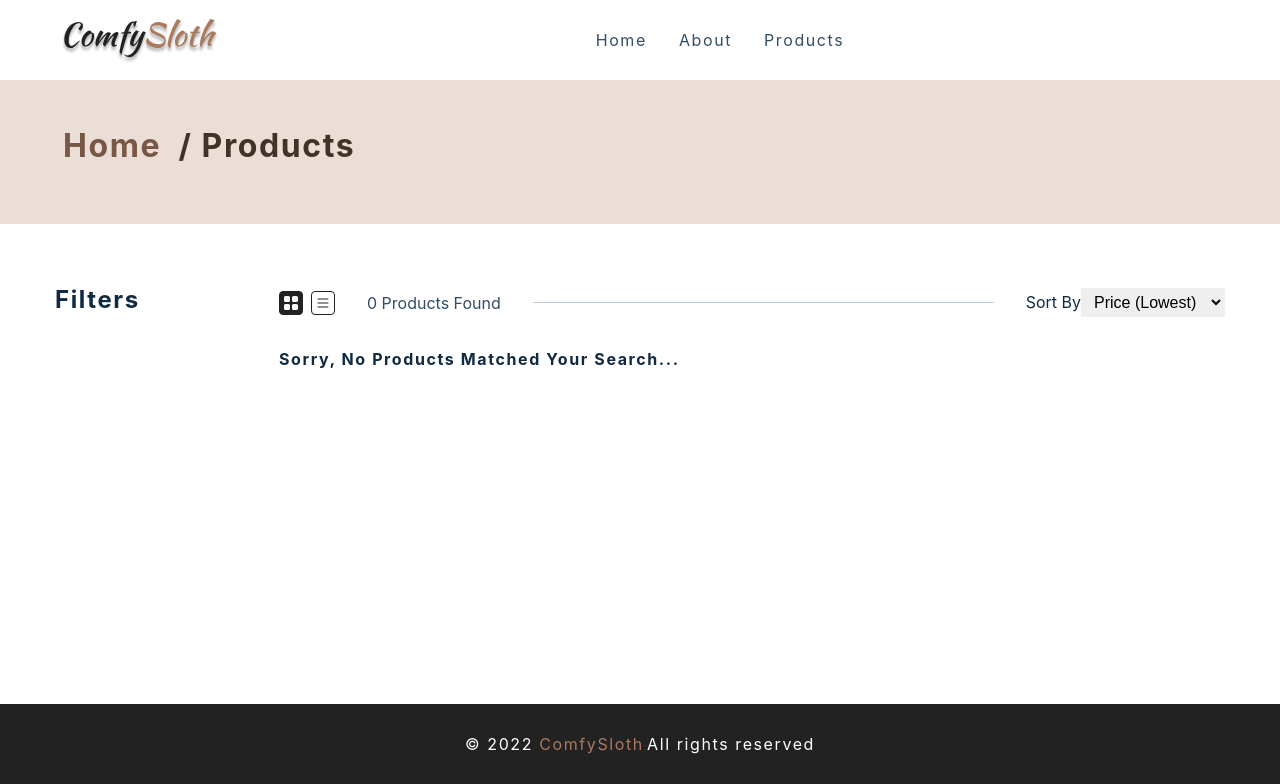
Repository: MateuszWorek/react-comfy-store
Page: /products
An editor plug-in stored every save of this project. The page is shown before and after the next save, followed by the edit.
The browser window is 1280 px wide. The pictures show the whole page.
The page's requests for data from a server got no answer. The project was rebuilt for these pictures with package versions that can differ from the ones it lists, and the page was loaded fresh each time. A package was used in the major version that the imports need, not the one package.json lists. No one was signed in, and anything a server would have sent is missing. Also part of the build but not shown: src/components/Error.js, src/components/Loading.js, src/components/Product.js, src/components/FeaturedProducts.js, src/reducers/cart_reducer.js, src/context/cart_context.js, src/context/user_context.js, src/components/Hero.js and 19 more. Imported but missing from the stored project, and not drawn on this page: src/components/AmountButtons.

Above is the page before, as saved 2022-07-17 13:51:45.

### src/index.js
import React from 'react';
import ReactDOM from 'react-dom';
import './index.css';
import App from './App';
import { ProductsProvider } from './context/products_context';
import { FilterProvider } from './context/filter_context';
import { CartProvider } from './context/cart_context';
import { UserProvider } from './context/user_context';
import { Auth0Provider } from '@auth0/auth0-react';

ReactDOM.render(
  <ProductsProvider>
    <FilterProvider>
      <App />
    </FilterProvider>
  </ProductsProvider>,
  document.getElementById('root')
);

### src/App.js
import React from 'react';
import { BrowserRouter as Router, Switch, Route } from 'react-router-dom';
import { Navbar, Sidebar, Footer } from './components';
import {
  Home,
  SingleProduct,
  Cart,
  Checkout,
  Error,
  About,
  Products,
  PrivateRoute,
} from './pages';

function App() {
  return (
    <Router>
      <Navbar />
      <Sidebar />
      <Switch>
        <Route exact path='/'>
          <Home />
        </Route>
        <Route exact path='/about'>
          <About />
        </Route>
        <Route exact path='cart'>
          <Cart />
        </Route>
        <Route exact path='/products'>
          <Products />
        </Route>
        <Route exact path='/products/:id' children={<SingleProduct />} />
        <Route exact path='/checkout'>
          <Checkout />
        </Route>
        <Route exact path='*'>
          <Error />
        </Route>
      </Switch>
      <Footer />
    </Router>
  );
}

export default App;

### src/context/products_context.js
import axios from 'axios';
import React, { useContext, useEffect, useReducer } from 'react';
import reducer from '../reducers/products_reducer';
import { products_url as url } from '../utils/constants';
import {
  SIDEBAR_OPEN,
  SIDEBAR_CLOSE,
  GET_PRODUCTS_BEGIN,
  GET_PRODUCTS_SUCCESS,
  GET_PRODUCTS_ERROR,
  GET_SINGLE_PRODUCT_BEGIN,
  GET_SINGLE_PRODUCT_SUCCESS,
  GET_SINGLE_PRODUCT_ERROR,
} from '../actions';

const initialState = {
  isSidebarOpen: false,
  products_loading: false,
  products_error: false,
  products: [],
  featured_products: [],
  single_product_loading: false,
  single_product_error: false,
  single_product: {},
};

const ProductsContext = React.createContext();

export const ProductsProvider = ({ children }) => {
  const [state, dispatch] = useReducer(reducer, initialState);
  const openSidebar = () => {
    dispatch({ type: SIDEBAR_OPEN });
  };
  const closeSidebar = () => {
    dispatch({ type: SIDEBAR_CLOSE });
  };

  const fetchProducts = async (url) => {
    dispatch({ type: GET_PRODUCTS_BEGIN });
    try {
      const response = await axios.get(url);
      const products = await response.data;
      dispatch({ type: GET_PRODUCTS_SUCCESS, payload: products });
    } catch (error) {
      dispatch({ type: GET_PRODUCTS_ERROR });
      console.log(error);
    }
  };

  const fetchSingleProduct = async (url) => {
    dispatch({ type: GET_SINGLE_PRODUCT_BEGIN });
    try {
      const response = await axios.get(url);
      const singleProduct = response.data;
      dispatch({ type: GET_SINGLE_PRODUCT_SUCCESS, payload: singleProduct });
    } catch (error) {
      dispatch({ type: GET_SINGLE_PRODUCT_ERROR });
    }
  };

  useEffect(() => {
    fetchProducts(url);
  }, []);

  return (
    <ProductsContext.Provider
      value={{ ...state, openSidebar, closeSidebar, fetchSingleProduct }}
    >
      {children}
    </ProductsContext.Provider>
  );
};

export const useProductsContext = () => {
  return useContext(ProductsContext);
};

### src/context/filter_context.js
import React, { useEffect, useContext, useReducer } from 'react';
import reducer from '../reducers/filter_reducer';
import {
  LOAD_PRODUCTS,
  SET_GRIDVIEW,
  SET_LISTVIEW,
  UPDATE_SORT,
  SORT_PRODUCTS,
  UPDATE_FILTERS,
  FILTER_PRODUCTS,
  CLEAR_FILTERS,
} from '../actions';
import { useProductsContext } from './products_context';

const initialState = {
  filtered_products: [],
  all_products: [],
  grid_view: true,
  sort: 'price-lowest',
  filters: {
    text: '',
    company: 'all',
    category: 'all',
    color: 'all',
    min_price: 0,
    max_price: 0,
    price: 0,
    shipping: false,
  },
};

const FilterContext = React.createContext();

export const FilterProvider = ({ children }) => {
  const { products } = useProductsContext();
  const [state, dispatch] = useReducer(reducer, initialState);

  useEffect(() => {
    dispatch({ type: LOAD_PRODUCTS, payload: products });
  }, [products]);

  useEffect(() => {
    dispatch({ type: SORT_PRODUCTS });
  }, [products, state.sort]);

  const setGridView = () => {
    dispatch({ type: SET_GRIDVIEW });
  };

  const setListView = () => {
    dispatch({ type: SET_LISTVIEW });
  };

  const updateSort = (e) => {
    const value = e.target.value;
    dispatch({ type: UPDATE_SORT, payload: value });
  };

  const updateFilters = (e) => {};

  const clearFilters = () => {};

  return (
    <FilterContext.Provider
      value={{
        ...state,
        setGridView,
        setListView,
        updateSort,
        updateFilters,
        clearFilters,
      }}
    >
      {children}
    </FilterContext.Provider>
  );
};
// make sure use
export const useFilterContext = () => {
  return useContext(FilterContext);
};

### src/components/index.js
import FeaturedProducts from './FeaturedProducts'
import Navbar from './Navbar'
import CartButtons from './CartButtons'
import Footer from './Footer'
import Sidebar from './Sidebar'
import Hero from './Hero'
import Services from './Services'
import Contact from './Contact'
import Loading from './Loading'
import Error from './Error'
import ProductImages from './ProductImages'
import AddToCart from './AddToCart'
import Filters from './Filters'
import ProductList from './ProductList'
import Sort from './Sort'
import Stars from './Stars'
import CartContent from './CarContent'
import PageHero from './PageHero'
import StripeCheckout from './StripeCheckout'
export {
  FeaturedProducts,
  Navbar,
  CartButtons,
  Footer,
  Sidebar,
  Hero,
  Services,
  Contact,
  Loading,
  Error,
  ProductImages,
  AddToCart,
  Filters,
  ProductList,
  Sort,
  Stars,
  CartContent,
  PageHero,
  StripeCheckout,
}

### src/pages/index.js
import Home from './HomePage';
import Products from './ProductsPage';
import SingleProduct from './SingleProductPage';
import About from './AboutPage';
import Cart from './CartPage';
import Error from './ErrorPage';
import Checkout from './CheckoutPage';
import PrivateRoute from './PrivateRoute';

export {
  Home,
  Products,
  SingleProduct,
  About,
  Cart,
  Error,
  Checkout,
  PrivateRoute,
};

### src/reducers/products_reducer.js
import {
  SIDEBAR_OPEN,
  SIDEBAR_CLOSE,
  GET_PRODUCTS_BEGIN,
  GET_PRODUCTS_SUCCESS,
  GET_PRODUCTS_ERROR,
  GET_SINGLE_PRODUCT_BEGIN,
  GET_SINGLE_PRODUCT_SUCCESS,
  GET_SINGLE_PRODUCT_ERROR,
} from '../actions';

const products_reducer = (state, action) => {
  /* SIDEBAR */
  if (action.type === SIDEBAR_OPEN) {
    // console.log(state);
    return { ...state, isSidebarOpen: true };
  }
  if (action.type === SIDEBAR_CLOSE) {
    // console.log(state);
    return { ...state, isSidebarOpen: false };
  }

  /* PRODUCTS */
  if (action.type === GET_PRODUCTS_BEGIN) {
    return { ...state, products_loading: true };
  }
  if (action.type === GET_PRODUCTS_SUCCESS) {
    const featured_products = action.payload.filter((product) => {
      return product.featured === true;
    });
    return {
      ...state,
      products_loading: false,
      products: action.payload,
      featured_products: featured_products,
    };
  }
  if (action.type === GET_PRODUCTS_ERROR) {
    return { ...state, products_loading: true, error: true };
  }

  /* SINGLE PRODUCT */
  if (action.type === GET_SINGLE_PRODUCT_BEGIN) {
    return {
      ...state,
      single_product_loading: true,
      single_product_error: false,
    };
  }
  if (action.type === GET_SINGLE_PRODUCT_SUCCESS) {
    return {
      ...state,
      single_product_loading: false,
      single_product: action.payload,
    };
  }
  if (action.type === GET_SINGLE_PRODUCT_ERROR) {
    return {
      ...state,
      single_product_loading: false,
      single_product_error: true,
    };
  }

  // return state;

  throw new Error(`No Matching "${action.type}" - action type`);
};

export default products_reducer;

### src/utils/constants.js
import React from 'react'
import { GiCompass, GiDiamondHard, GiStabbedNote } from 'react-icons/gi'
export const links = [
  {
    id: 1,
    text: 'home',
    url: '/',
  },
  {
    id: 2,
    text: 'about',
    url: '/about',
  },
  {
    id: 3,
    text: 'products',
    url: '/products',
  },
]

export const services = [
  {
    id: 1,
    icon: <GiCompass />,
    title: 'mission',
    text:
      'Lorem ipsum, dolor sit amet consectetur adipisicing elit. Voluptates, ea. Perferendis corrupti reiciendis nesciunt rerum velit autem unde numquam nisi',
  },
  {
    id: 2,
    icon: <GiDiamondHard />,
    title: 'vision',
    text:
      'Lorem ipsum, dolor sit amet consectetur adipisicing elit. Voluptates, ea. Perferendis corrupti reiciendis nesciunt rerum velit autem unde numquam nisi',
  },
  {
    id: 3,
    icon: <GiStabbedNote />,
    title: 'history',
    text:
      'Lorem ipsum, dolor sit amet consectetur adipisicing elit. Voluptates, ea. Perferendis corrupti reiciendis nesciunt rerum velit autem unde numquam nisi',
  },
]

export const products_url = 'https://course-api.com/react-store-products'

export const single_product_url = `https://course-api.com/react-store-single-product?id=`

### src/actions.js
export const SIDEBAR_OPEN = 'SIDEBAR_OPEN'
export const SIDEBAR_CLOSE = 'SIDEBAR_CLOSE'
export const GET_PRODUCTS_BEGIN = 'GET_PRODUCTS_BEGIN'
export const GET_PRODUCTS_SUCCESS = 'GET_PRODUCTS_SUCCESS'
export const GET_PRODUCTS_ERROR = 'GET_PRODUCTS_ERROR'
export const GET_SINGLE_PRODUCT_BEGIN = 'GET_SINGLE_PRODUCT_BEGIN'
export const GET_SINGLE_PRODUCT_SUCCESS = 'GET_SINGLE_PRODUCT_SUCCESS'
export const GET_SINGLE_PRODUCT_ERROR = 'GET_SINGLE_PRODUCT_ERROR'
export const LOAD_PRODUCTS = 'LOAD_PRODUCTS'
export const SET_GRIDVIEW = 'SET_GRIDVIEW'
export const SET_LISTVIEW = 'SET_LISTVIEW'
export const UPDATE_SORT = 'UPDATE_SORT'
export const SORT_PRODUCTS = 'SORT_PRODUCTS'
export const UPDATE_FILTERS = 'UPDATE_FILTERS'
export const FILTER_PRODUCTS = 'FILTER_PRODUCTS'
export const CLEAR_FILTERS = 'CLEAR_FILTERS'
export const ADD_TO_CART = 'ADD_TO_CART'
export const REMOVE_CART_ITEM = 'REMOVE_CART_ITEM'
export const TOGGLE_CART_ITEM_AMOUNT = 'TOGGLE_CART_ITEM_AMOUNT'
export const CLEAR_CART = 'CLEAR_CART'
export const COUNT_CART_TOTALS = 'COUNT_CART_TOTALS'

### src/reducers/filter_reducer.js
import {
  LOAD_PRODUCTS,
  SET_LISTVIEW,
  SET_GRIDVIEW,
  UPDATE_SORT,
  SORT_PRODUCTS,
  UPDATE_FILTERS,
  FILTER_PRODUCTS,
  CLEAR_FILTERS,
} from '../actions';

const filter_reducer = (state, action) => {
  /* LOAD */
  if (action.type === LOAD_PRODUCTS) {
    let maxPrice = action.payload.map((p) => p.price);
    maxPrice = Math.max(...maxPrice);
    console.log(maxPrice);
    return {
      ...state,
      all_products: [...action.payload],
      filtered_products: [...action.payload],
      filters: { ...state.filters, max_price: maxPrice, price: maxPrice },
    };
  }

  /* VIEW */
  if (action.type === SET_GRIDVIEW) {
    return { ...state, grid_view: true };
  }
  if (action.type === SET_LISTVIEW) {
    return { ...state, grid_view: false };
  }

  /* SORT */
  if (action.type === UPDATE_SORT) {
    return { ...state, sort: action.payload };
  }
  if (action.type === SORT_PRODUCTS) {
    const { sort, filtered_products } = state;
    let tempProducts = [...filtered_products];
    if (sort === 'price-lowest') {
      // console.log('price-lowest');
      // tempProducts = tempProducts.sort((a, b) => a.price - b.price);
      tempProducts = tempProducts.sort((a, b) => {
        if (a.price < b.price) {
          return -1;
        }
        if (a.price > b.price) {
          return 1;
        }
        return 0;
      });
    }
    if (sort === 'price-highest') {
      // console.log('price-highest');
      tempProducts = tempProducts.sort((a, b) => b.price - a.price);
    }
    if (sort === 'name-a') {
      // console.log('name-a');
      tempProducts = tempProducts.sort((a, b) => {
        return a.name.localeCompare(b.name);
      });
    }
    if (sort === 'name-z') {
      // console.log('name-z');
      tempProducts = tempProducts.sort((a, b) => {
        return b.name.localeCompare(a.name);
      });
    }
    return { ...state, filtered_products: tempProducts };
  }

  throw new Error(`No Matching "${action.type}" - action type`);
};

export default filter_reducer;

### src/components/Navbar.js
import React from 'react';
import styled from 'styled-components';
import logo from '../assets/logo.svg';
import { FaBars } from 'react-icons/fa';
import { Link } from 'react-router-dom';
import { links } from '../utils/constants';
import CartButtons from './CartButtons';
import { useProductsContext } from '../context/products_context';
import { useUserContext } from '../context/user_context';

const Nav = () => {
  const { openSidebar } = useProductsContext();
  return (
    <NavContainer>
      <div className='nav-center'>
        <div className='nav-header'>
          <Link to='/'>
            <img src={logo} alt='comfy sloth' />
          </Link>
          <button type='buttton' className='nav-toggle' onClick={openSidebar}>
            <FaBars />
          </button>
        </div>
        <ul className='nav-links'>
          {links.map((link) => {
            const { id, text, url } = link;
            return (
              <li key={id}>
                <Link to={url}>{text}</Link>
              </li>
            );
          })}
        </ul>
      </div>
    </NavContainer>
  );
};

const NavContainer = styled.nav`
  height: 5rem;
  display: flex;
  align-items: center;
  justify-content: center;

  .nav-center {
    width: 90vw;
    margin: 0 auto;
    max-width: var(--max-width);
  }
  .nav-header {
    display: flex;
    align-items: center;
    justify-content: space-between;
    img {
      width: 175px;
      margin-left: -15px;
    }
  }
  .nav-toggle {
    background: transparent;
    border: transparent;
    color: var(--clr-primary-5);
    cursor: pointer;
    svg {
      font-size: 2rem;
    }
  }
  .nav-links {
    display: none;
  }
  .cart-btn-wrapper {
    display: none;
  }
  @media (min-width: 992px) {
    .nav-toggle {
      display: none;
    }
    .nav-center {
      display: grid;
      grid-template-columns: auto 1fr auto;
      align-items: center;
    }
    .nav-links {
      display: flex;
      justify-content: center;
      li {
        margin: 0 0.5rem;
      }
      a {
        color: var(--clr-grey-3);
        font-size: 1rem;
        text-transform: capitalize;
        letter-spacing: var(--spacing);
        padding: 0.5rem;
        &:hover {
          border-bottom: 2px solid var(--clr-primary-7);
        }
      }
    }
    .cart-btn-wrapper {
      display: grid;
    }
  }
`;

export default Nav;

### src/components/CartButtons.js
import React from 'react';
import { FaShoppingCart, FaUserMinus, FaUserPlus } from 'react-icons/fa';
import { Link } from 'react-router-dom';
import styled from 'styled-components';
import { useProductsContext } from '../context/products_context';
import { useCartContext } from '../context/cart_context';
import { useUserContext } from '../context/user_context';

const CartButtons = () => {
  const { closeSidebar } = useProductsContext();

  return (
    <Wrapper className='cart-btn-wrapper'>
      <Link to='/cart' className='cart-btn' onClick={closeSidebar}>
        Cart{' '}
        <span className='cart-container'>
          <FaShoppingCart />
          <span className='cart-value'>12</span>
        </span>
      </Link>
      <button type='button' className='auth-btn'>
        Login <FaUserPlus />
      </button>
    </Wrapper>
  );
};

const Wrapper = styled.div`
  display: grid;
  grid-template-columns: 1fr 1fr;
  align-items: center;
  width: 225px;

  .cart-btn {
    color: var(--clr-grey-1);
    font-size: 1.5rem;
    letter-spacing: var(--spacing);
    color: var(--clr-grey-1);
    display: flex;

    align-items: center;
  }
  .cart-container {
    display: flex;
    align-items: center;
    position: relative;
    svg {
      height: 1.6rem;
      margin-left: 5px;
    }
  }
  .cart-value {
    position: absolute;
    top: -10px;
    right: -16px;
    background: var(--clr-primary-5);
    width: 16px;
    height: 16px;
    display: flex;
    align-items: center;
    justify-content: center;
    border-radius: 50%;
    font-size: 0.75rem;
    color: var(--clr-white);
    padding: 12px;
  }
  .auth-btn {
    display: flex;
    align-items: center;
    background: transparent;
    border-color: transparent;
    font-size: 1.5rem;
    cursor: pointer;
    color: var(--clr-grey-1);
    letter-spacing: var(--spacing);
    svg {
      margin-left: 5px;
    }
  }
`;
export default CartButtons;

### src/components/Footer.js
import React from 'react';
import styled from 'styled-components';
const Footer = () => {
  return (
    <Wrapper>
      <h5>
        &copy; {new Date().getFullYear()}
        <span> ComfySloth</span>
      </h5>
      <h5>All rights reserved</h5>
    </Wrapper>
  );
};

const Wrapper = styled.footer`
  height: 5rem;
  display: flex;
  flex-direction: column;
  justify-content: center;
  align-items: center;
  background: var(--clr-black);
  text-align: center;
  span {
    color: var(--clr-primary-5);
  }
  h5 {
    color: var(--clr-white);
    margin: 0.1rem;

    font-weight: 400;
    text-transform: none;
    line-height: 1.25;
  }
  @media (min-width: 776px) {
    flex-direction: row;
  }
`;

export default Footer;

### src/components/Filters.js
import React from 'react'
import styled from 'styled-components'
import { useFilterContext } from '../context/filter_context'
import { getUniqueValues, formatPrice } from '../utils/helpers'
import { FaCheck } from 'react-icons/fa'

const Filters = () => {
  return <h4>filters</h4>
}

const Wrapper = styled.section`
  .form-control {
    margin-bottom: 1.25rem;
    h5 {
      margin-bottom: 0.5rem;
    }
  }
  .search-input {
    padding: 0.5rem;
    background: var(--clr-grey-10);
    border-radius: var(--radius);
    border-color: transparent;
    letter-spacing: var(--spacing);
  }
  .search-input::placeholder {
    text-transform: capitalize;
  }

  button {
    display: block;
    margin: 0.25em 0;
    padding: 0.25rem 0;
    text-transform: capitalize;
    background: transparent;
    border: none;
    border-bottom: 1px solid transparent;
    letter-spacing: var(--spacing);
    color: var(--clr-grey-5);
    cursor: pointer;
  }
  .active {
    border-color: var(--clr-grey-5);
  }
  .company {
    background: var(--clr-grey-10);
    border-radius: var(--radius);
    border-color: transparent;
    padding: 0.25rem;
  }
  .colors {
    display: flex;
    align-items: center;
  }
  .color-btn {
    display: inline-block;
    width: 1rem;
    height: 1rem;
    border-radius: 50%;
    background: #222;
    margin-right: 0.5rem;
    border: none;
    cursor: pointer;
    opacity: 0.5;
    display: flex;
    align-items: center;
    justify-content: center;
    svg {
      font-size: 0.5rem;
      color: var(--clr-white);
    }
  }
  .all-btn {
    display: flex;
    align-items: center;
    justify-content: center;
    margin-right: 0.5rem;
    opacity: 0.5;
  }
  .active {
    opacity: 1;
  }
  .all-btn .active {
    text-decoration: underline;
  }
  .price {
    margin-bottom: 0.25rem;
  }
  .shipping {
    display: grid;
    grid-template-columns: auto 1fr;
    align-items: center;
    text-transform: capitalize;
    column-gap: 0.5rem;
    font-size: 1rem;
  }
  .clear-btn {
    background: var(--clr-red-dark);
    color: var(--clr-white);
    padding: 0.25rem 0.5rem;
    border-radius: var(--radius);
  }
  @media (min-width: 768px) {
    .content {
      position: sticky;
      top: 1rem;
    }
  }
`

export default Filters

### src/components/ProductList.js
import React from 'react';
import { useFilterContext } from '../context/filter_context';
import GridView from './GridView';
import ListView from './ListView';

const ProductList = () => {
  const { filtered_products: products, grid_view } = useFilterContext();
  if (products.length < 1) {
    return (
      <h5 style={{ texTransform: 'none' }}>
        Sorry, no products matched your search...
      </h5>
    );
  }
  if (grid_view === false) {
    return <ListView products={products}>Product list</ListView>;
  }

  return <GridView products={products}>product list</GridView>;
};

export default ProductList;

### src/components/PageHero.js
import React from 'react';
import styled from 'styled-components';
import { Link } from 'react-router-dom';

const PageHero = ({ title, product }) => {
  return (
    <Wrapper>
      <div className='section-center'>
        <h3>
          <Link to='/'>Home</Link> /{' '}
          {product && <Link to='/products'>Products /</Link>} {title}
        </h3>
      </div>
    </Wrapper>
  );
};

const Wrapper = styled.section`
  background: var(--clr-primary-10);
  width: 100%;
  min-height: 20vh;
  display: flex;
  align-items: center;

  color: var(--clr-primary-1);
  a {
    color: var(--clr-primary-3);
    padding: 0.5rem;
    transition: var(--transition);
  }
  a:hover {
    color: var(--clr-primary-1);
  }
`;

export default PageHero;

### src/pages/ProductsPage.js
import React from 'react';
import styled from 'styled-components';
import { Filters, ProductList, Sort, PageHero } from '../components';

const ProductsPage = () => {
  return (
    <main>
      <PageHero title='products' />
      <Wrapper className='page'>
        <div className='section-center products'>
          <Filters />
          <div>
            <Sort />
            <ProductList />
          </div>
        </div>
      </Wrapper>
    </main>
  );
};

const Wrapper = styled.div`
  .products {
    display: grid;
    gap: 3rem 1.5rem;
    margin: 4rem auto;
  }
  @media (min-width: 768px) {
    .products {
      grid-template-columns: 200px 1fr;
    }
  }
`;

export default ProductsPage;

### src/utils/helpers.js
export const formatPrice = (number) => {
  return new Intl.NumberFormat('en-US', {
    style: 'currency',
    currency: 'USD',
  }).format(number / 100);
};

export const getUniqueValues = () => {};

Loaded but not shown: public/index.html (common file); src/index.css (common file); src/components/Sidebar.js (118 lines, source omitted); src/components/Sort.js (118 lines, source omitted)

After the next save:
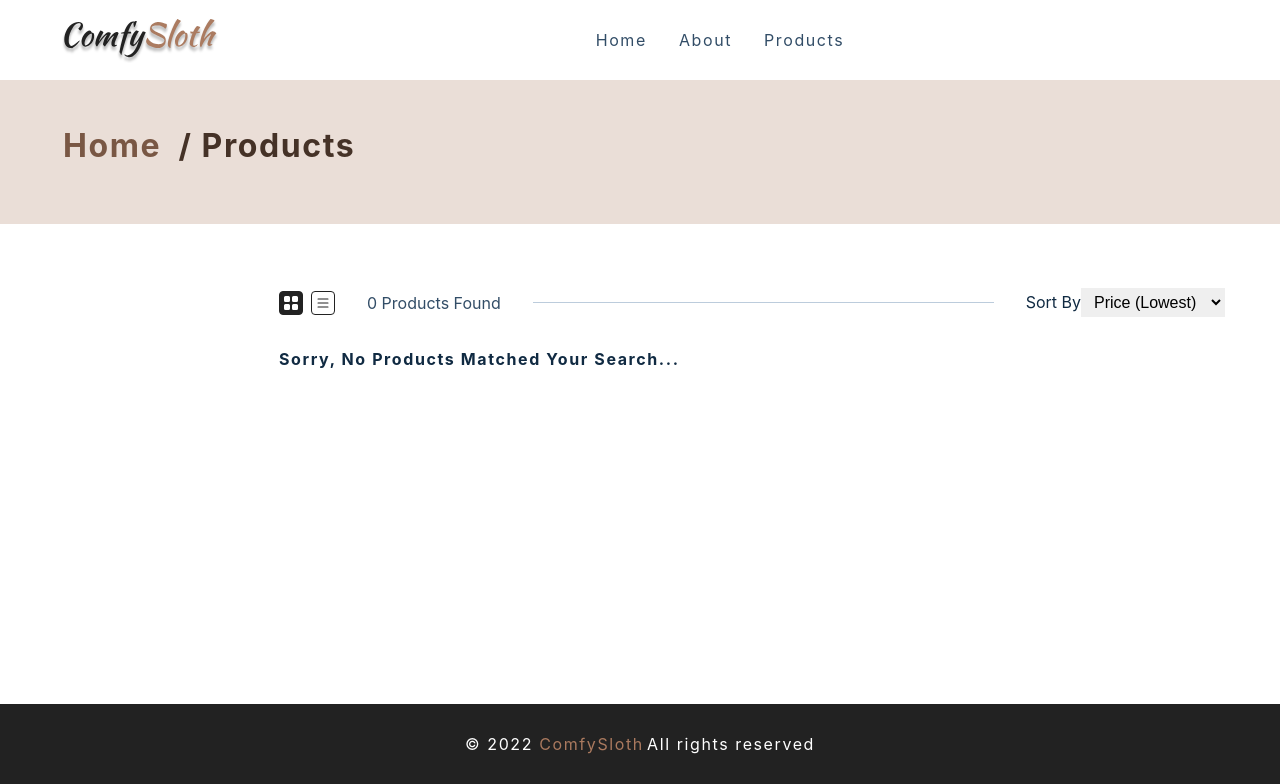
Saved 107 s later.
--- a/src/components/Filters.js
+++ b/src/components/Filters.js
@@ -1,12 +1,12 @@
-import React from 'react'
-import styled from 'styled-components'
-import { useFilterContext } from '../context/filter_context'
-import { getUniqueValues, formatPrice } from '../utils/helpers'
-import { FaCheck } from 'react-icons/fa'
+import React from 'react';
+import styled from 'styled-components';
+import { useFilterContext } from '../context/filter_context';
+import { getUniqueValues, formatPrice } from '../utils/helpers';
+import { FaCheck } from 'react-icons/fa';
 
 const Filters = () => {
-  return <h4>filters</h4>
-}
+  return <Wrapper></Wrapper>;
+};
 
 const Wrapper = styled.section`
   .form-control {
@@ -105,6 +105,6 @@ const Wrapper = styled.section`
       top: 1rem;
     }
   }
-`
+`;
 
-export default Filters
+export default Filters;
